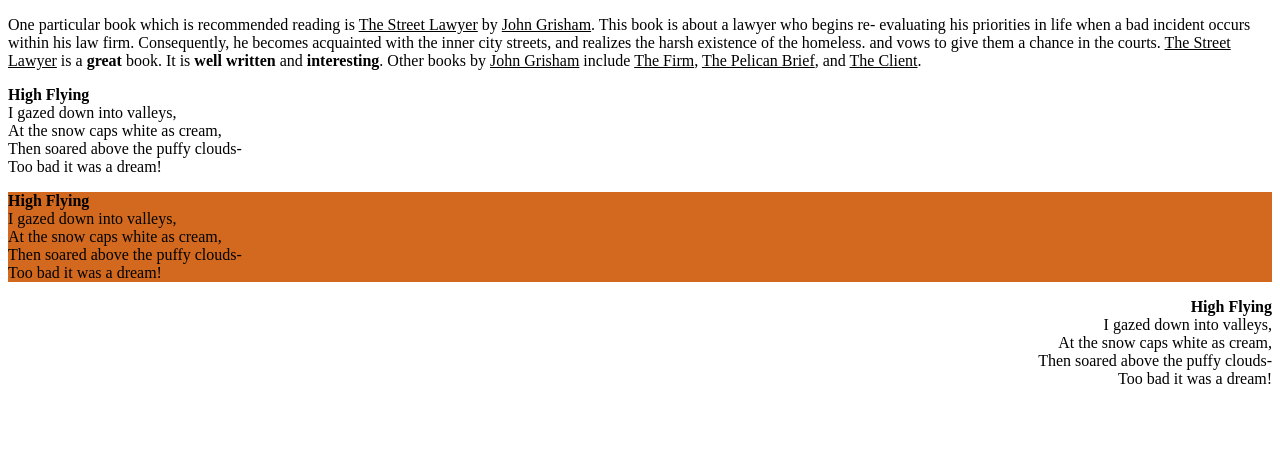
Repository: NguyenPhuSang21023391/HTCNWeb_T1-2
Page: TH_Tuan01/html/bai03.html
An editor plug-in stored every save of this project. The page is shown before and after the next save, followed by the edit.
The browser window is 1280 px wide. The pictures show the whole page.

Above is the page before, as saved 2023-02-19 16:21:15.

### TH_Tuan01/html/bai03.html
<!DOCTYPE html>
<html lang="en">
  <head>
    <meta charset="UTF-8" />
    <meta http-equiv="X-UA-Compatible" content="IE=edge" />
    <meta name="viewport" content="width=device-width, initial-scale=1.0" />
    <title>Document</title>
  </head>
  <body>
    <p>
      One particular book which is recommended reading is
      <u>The Street Lawyer</u> by <u>John Grisham</u>. This book is about a
      lawyer who begins re- evaluating his priorities in life when a bad
      incident occurs within his law firm. Consequently, he becomes acquainted
      with the inner city streets, and realizes the harsh existence of the
      homeless. and vows to give them a chance in the courts.
      <u>The Street Lawyer</u> is a <b>great</b> book. It is
      <b>well written</b> and <b>interesting</b>. Other books by
      <u>John Grisham</u> include <u>The Firm</u>, <u>The Pelican Brief</u>, and
      <u>The Client</u>.
    </p>

    <p style="text-align: left">
      <b>High Flying</b> <br />I gazed down into valleys, <br />At the snow caps
      white as cream,<br />Then soared above the puffy clouds- <br />Too bad it
      was a dream!
    </p>

    <p style=background-color:chocolate;" style= "text-align: center">
      <b>High Flying</b> <br />I gazed down into valleys, <br />At the snow caps
      white as cream,<br />Then soared above the puffy clouds- <br />Too bad it
      was a dream!
    </p>

    <p style="text-align: right">
      <b>High Flying</b> <br />I gazed down into valleys, <br />At the snow caps
      white as cream,<br />Then soared above the puffy clouds- <br />Too bad it
      was a dream!
    </p>
  </body>
</html>

After the next save:
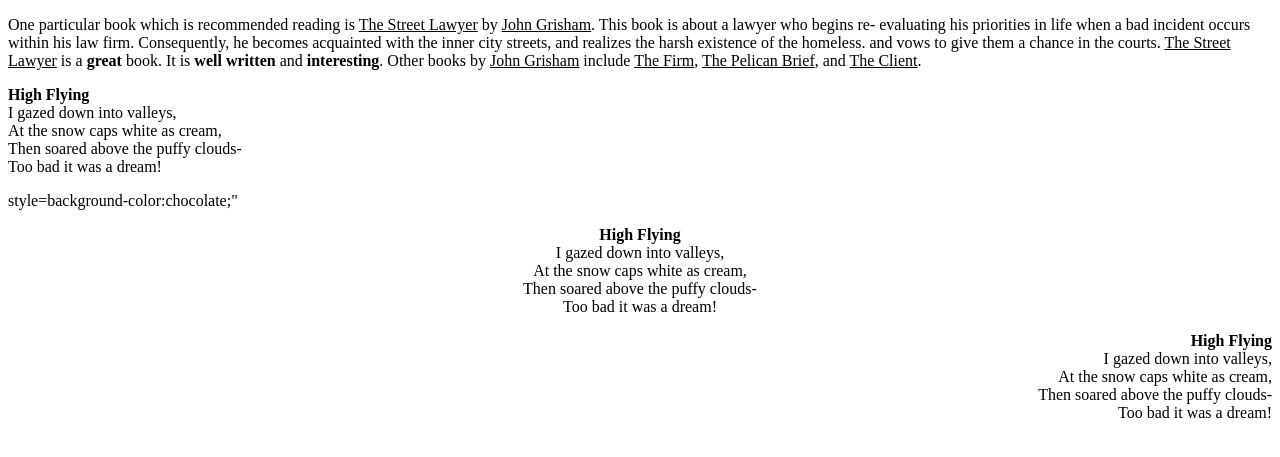
Saved 65 s later.
--- a/TH_Tuan01/html/bai03.html
+++ b/TH_Tuan01/html/bai03.html
@@ -26,7 +26,8 @@
       was a dream!
     </p>
 
-    <p style=background-color:chocolate;" style= "text-align: center">
+    <p>style=background-color:chocolate;"</p>
+    <p style="text-align: center">
       <b>High Flying</b> <br />I gazed down into valleys, <br />At the snow caps
       white as cream,<br />Then soared above the puffy clouds- <br />Too bad it
       was a dream!
